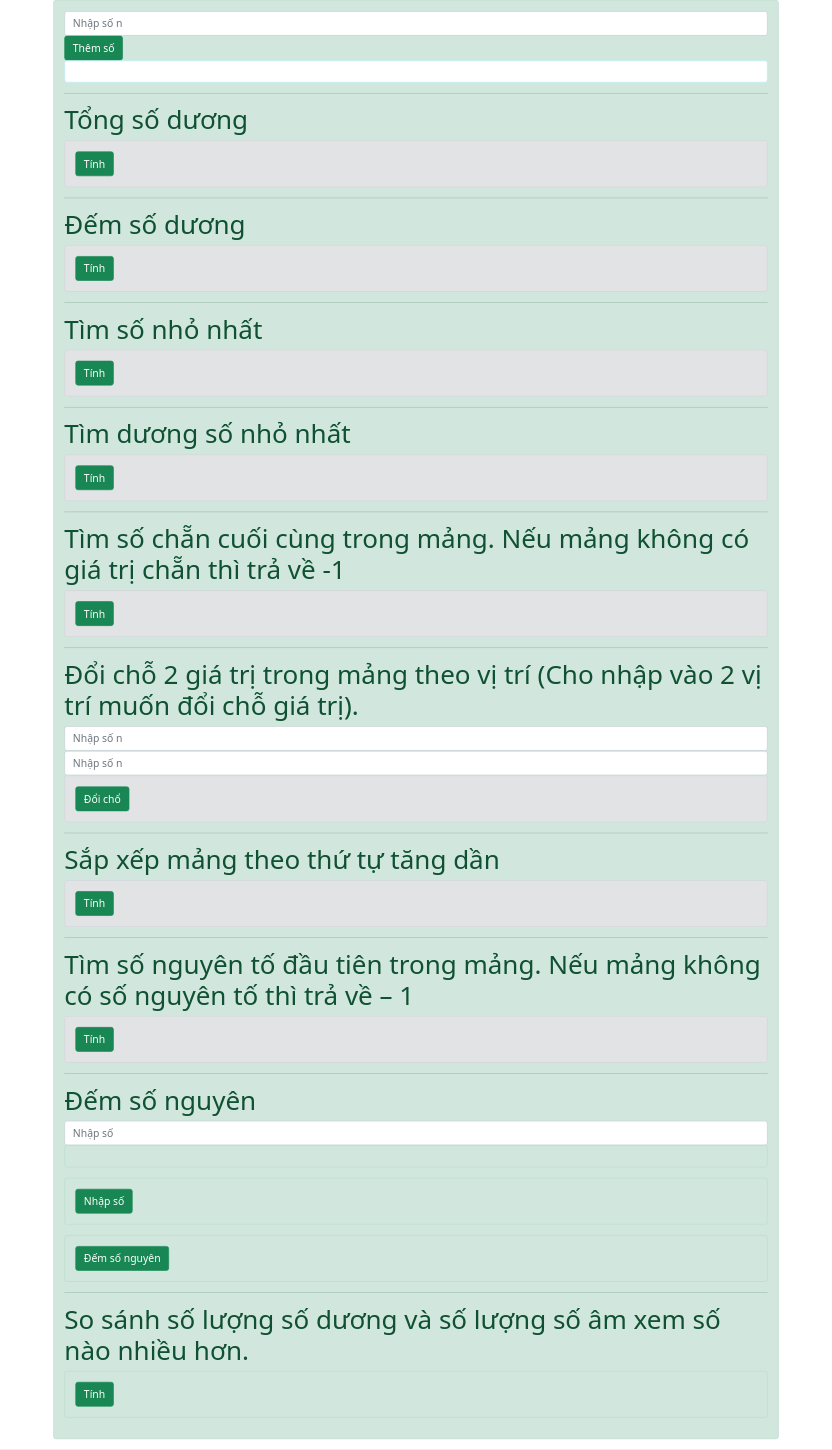
Repository: qkhanh1104k/Js-buoi7-8
Page: index.html
The author's editor kept a copy of each file at every save. The page is drawn from the files as they stood at one save, then again after the next save.
The browser window is 1280 px wide. The pictures show the whole page, at 65% of full size.

Above is the page before, as saved 2022-07-27 19:15:37.

After the next save:
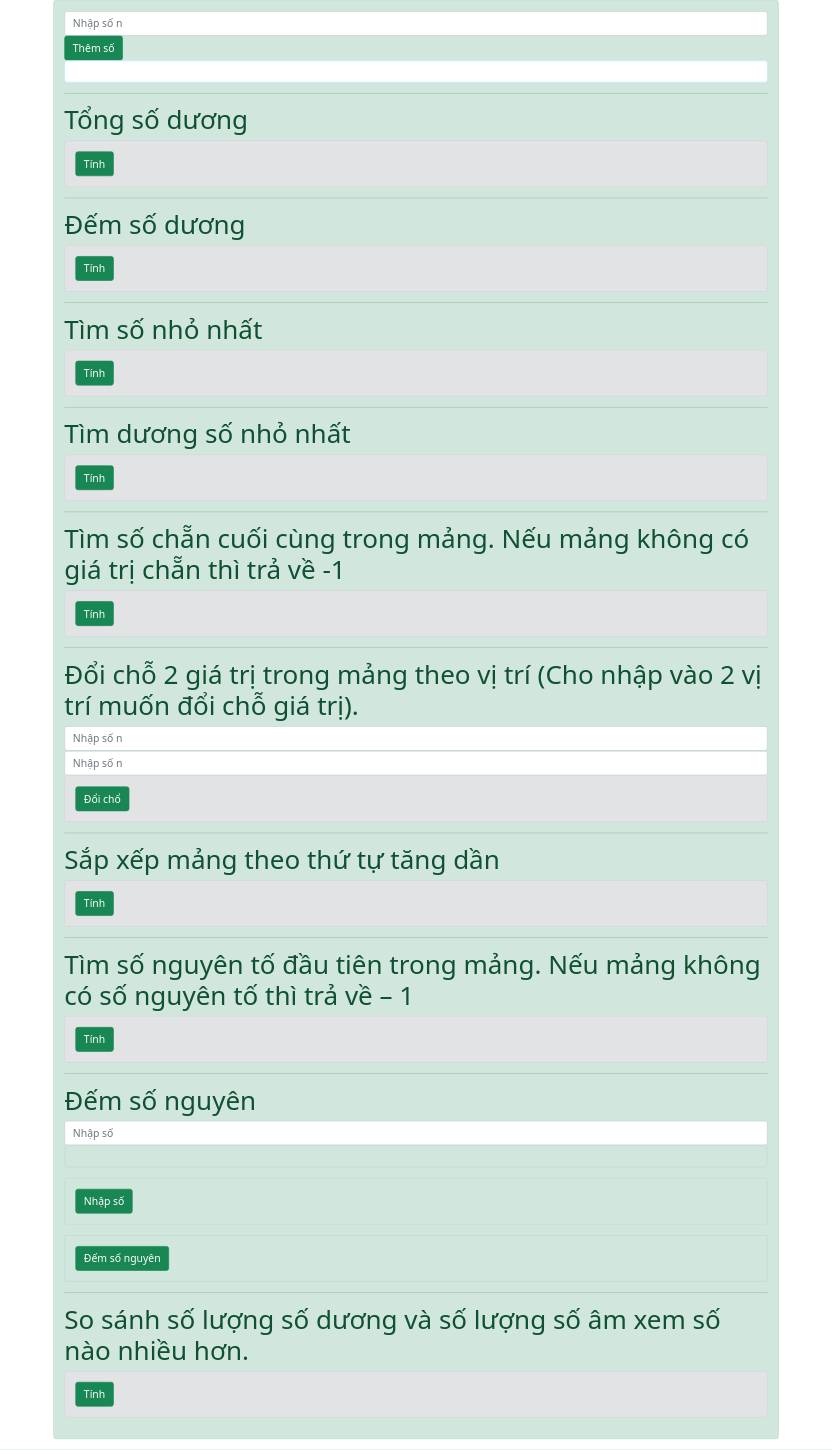
Saved 11 s later.
--- a/index.html
+++ b/index.html
@@ -152,7 +152,7 @@
           <hr>
           <h1> So sánh số lượng số dương và số lượng số âm xem số nào nhiều hơn.</h1>
           <div>
-            <div class="alert alert-success" id="resBt11">
+            <div class="alert alert-secondary" id="resBt11">
               <button class="btn btn-success" onclick="comparisonsNum()">Tính</button>
             </div>
           </div>
